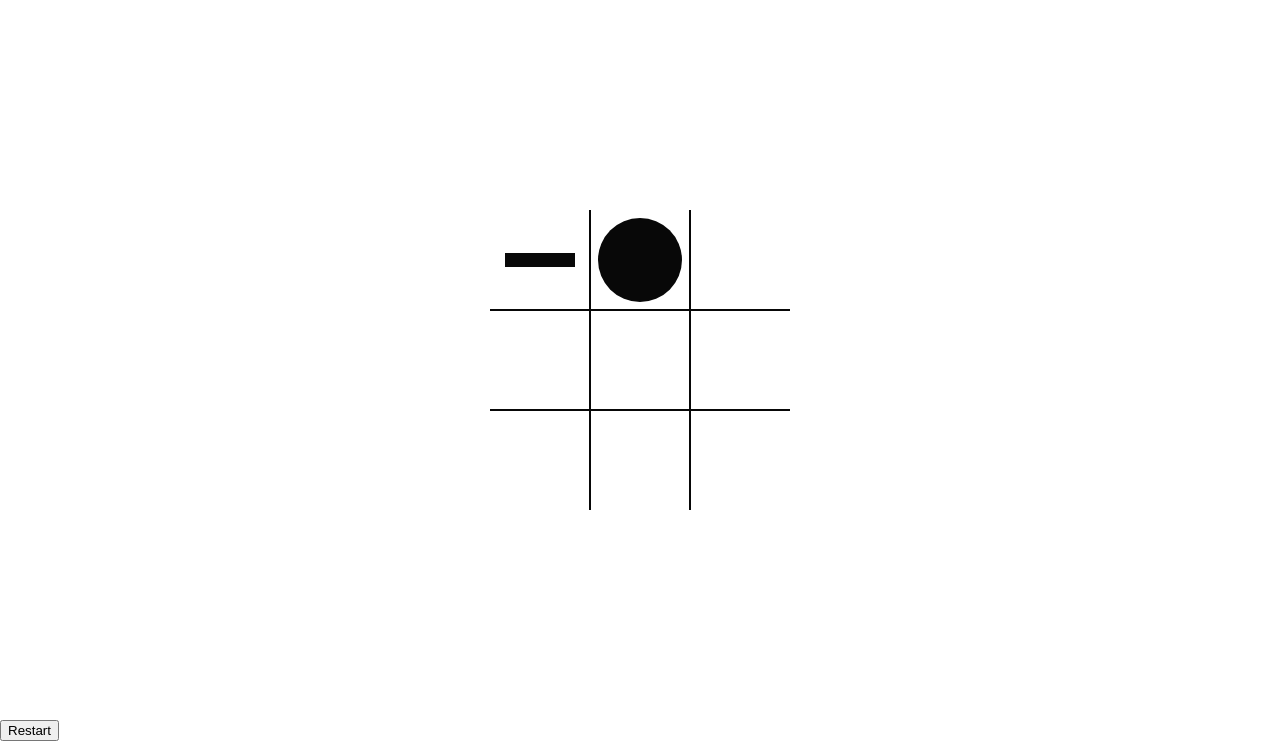
Repository: kkyler24/MCLA
Page: devFiles/TictactoeFiles/ticTacToe.html
The author's editor kept a copy of each file at every save. The page is drawn from the files as they stood at one save, then again after the next save.
The browser window is 1280 px wide. The pictures show the whole page.

Above is the page before, as saved 2020-04-17 15:26:56.

### devFiles/TictactoeFiles/ticTacToe.html
<!DOCTYPE html>
<html lang="en">

<head>
    <meta charset="UTF-8">
    <meta name="viewport" content="width=device-width, initial-scale=1.0">
    <link rel="stylesheet" type="text/css" href="tictactoe.css">
    <script src="tictactoe.js" defer></script>
    <title>Tic Tac Toe</title>
</head>

<body>
    <sectionOne>
        <!-- NavBar -->
        <!-- <nav class="navbar navbar-light bg-light">
            <!-- Image Logo -->
            <!-- <a class="navbar-brand" href="#">
                <img src="/docs/4.0/assets/brand/bootstrap-solid.svg" width="30" height="30"
                    class="d-inline-block align-top" alt="">
                Bootstrap -->
            <!-- </a> -->
        </nav>
    </sectionOne>
<sectionTwo>

<div class="BoardOne" id="BoardOne">
    <div class="cellBOne dash" data-cell></div>
    <div class="cellBOne circle" data-cell></div>
    <div class="cellBOne" data-cell></div>
    <div class="cellBOne" data-cell></div>
    <div class="cellBOne" data-cell></div>
    <div class="cellBOne" data-cell></div>
    <div class="cellBOne" data-cell></div>
    <div class="cellBOne" data-cell></div>
    <div class="cellBOne" data-cell></div>
</div>
<div class="winning-message-One" id="winningMessageOne">
    <div class="data-winning-message-text-One"></div>
    <button id="restartButtonOne">Restart</button>
</div>



</sectionTwo>











</body>

### devFiles/TictactoeFiles/tictactoe.css
*,*::after, *::before{
    box-sizing: border-box;
}
:root {
    --cell-size:100px;
    --mark-size:calc(var(--cell-size)*.7);
    /* this makes the preview marks 90% of the cell size it edits the width of your dot or dash */
}

h1{
    text-align: center;
    font-size: larger;
    font-weight: 100;
}

body{
    margin:0;
}

.BoardOne{
    width: 100vw;
    height: 100vh;
    display: grid;
    justify-content: center;
    align-content: center;
    align-items: center;
    justify-items: center;
    grid-template-columns: repeat(3,auto);
    /* this resizes the grid and makes all the cells automatically evenly sized */
}
.cellBOne{
    width: var(--cell-size);
    height: var(--cell-size);
    border: 1px solid rgb(8, 8, 8);
    display: flex;
    justify-content: center;
    align-items: center;
    position: relative;
    cursor: pointer;
}
.cellBOne:first-child,
.cellBOne:nth-child(2),
.cellBOne:nth-child(3){
    border-top: none;
}

.cellBOne:nth-child(3n+1){
    border-left: none;
}

.cellBOne:nth-child(3n+3){
    border-right: none;
}

.cellBOne:last-child,
.cellBOne:nth-child(8),
.cellBOne:nth-child(7){
    border-bottom: none;
}

.cellBOne.dash::before{
    content: "";
    width: calc(var(--mark-size)*.20);
    /* controls the height of the dashes */
    transform: rotate(90deg);
    height: var(--mark-size);
    background-color: rgb(8, 8, 8);
    /* controls how the dashes look */
    position: relative;
}

.cellBOne.circle::after{
    content: "";
    position: absolute;
    width: calc(var(--mark-size)*1.2);
    /* controls the height of the cricles */
    /* transform: rotate(90deg); */
    height: calc(var(--mark-size)*1.2);
    background-color: rgb(8, 8, 8);
    /* controls how the dashes look */
    border-radius: 50%;

}

.cellBOne.circle,
.cellBOne.dash{
    cursor: not-allowed;
}

### devFiles/TictactoeFiles/tictactoe.js
// var winningCombinations = {
//     // userchoice: computerchoice
//     rock: 'scissors', // you win
//     paper: 'rock',    // you win
//     scissors: 'paper' // you win
// random words should be put in here and converted to morse code. the computer should evaluate if your letter box matches the randomized word to win the round.
// };

After the next save:
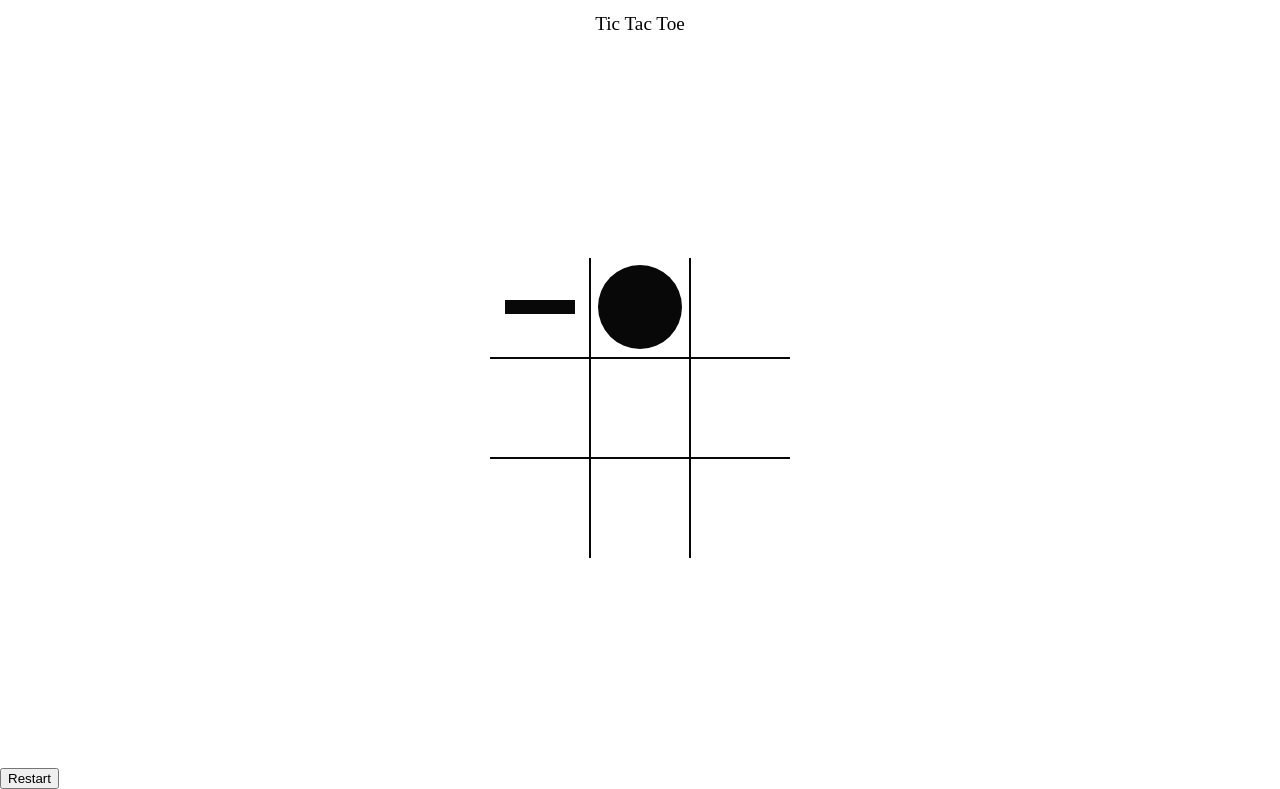
Saved 38 s later.
--- a/devFiles/TictactoeFiles/ticTacToe.html
+++ b/devFiles/TictactoeFiles/ticTacToe.html
@@ -22,7 +22,7 @@
         </nav>
     </sectionOne>
 <sectionTwo>
-
+<h1>Tic Tac Toe</h1>
 <div class="BoardOne" id="BoardOne">
     <div class="cellBOne dash" data-cell></div>
     <div class="cellBOne circle" data-cell></div>
